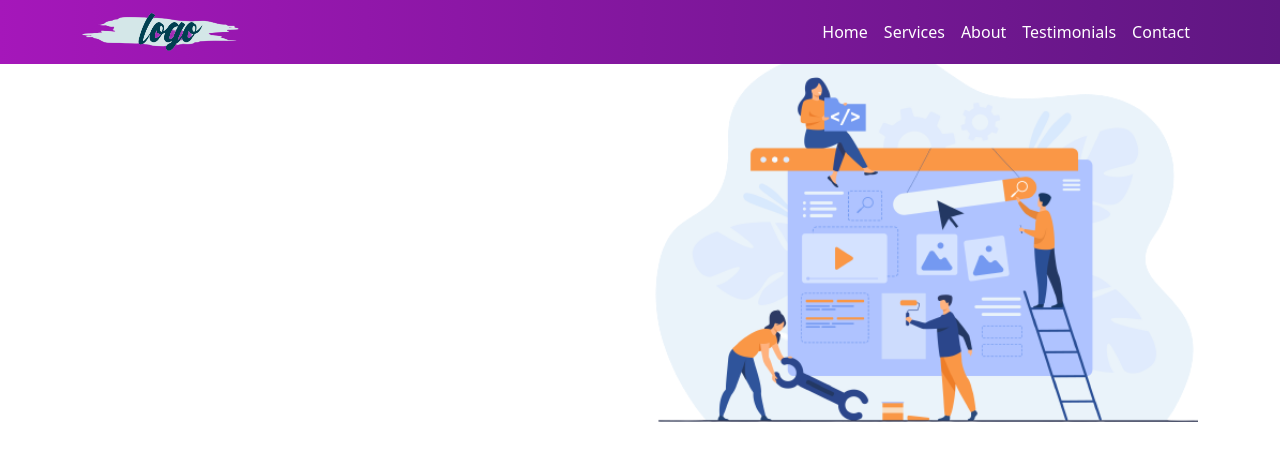
Repository: zjria/PSD-to-HTML-DIGITAL-AGENCY
Page: index.html
An editor plug-in stored every save of this project. The page is shown before and after the next save, followed by the edit.
The browser window is 1280 px wide. The pictures show the whole page.
Some web libraries are served in a nearby version.

Above is the page before, as saved 2022-05-09 09:26:33.

After the next save:
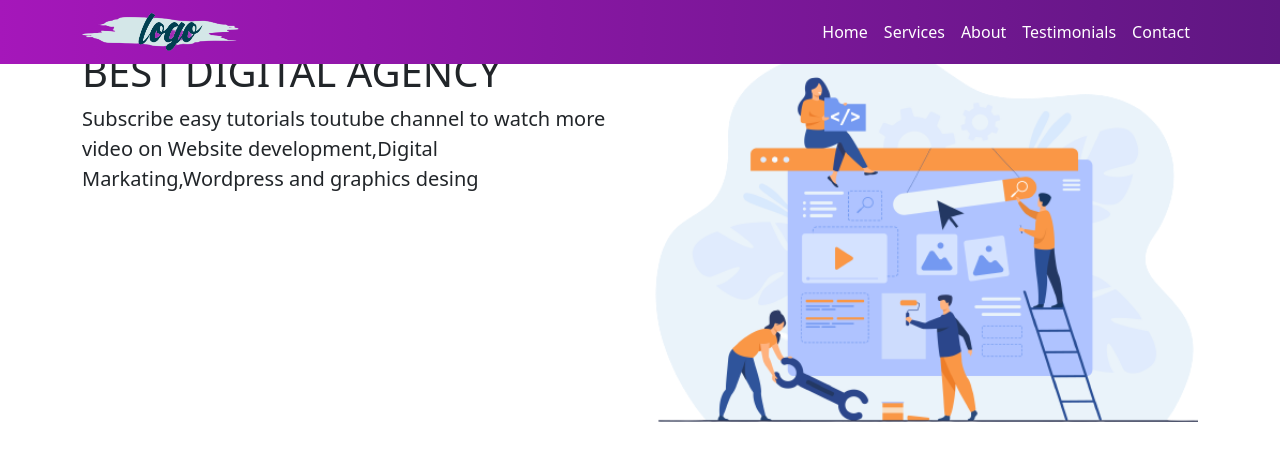
Saved 4 min 52 s later.
--- a/index.html
+++ b/index.html
@@ -51,8 +51,8 @@
       <div class="container">
         <div class="row">
           <div class="col-md-6">
-            <h1></h1>
-            <p></p>
+            <h1>BEST DIGITAL AGENCY</h1>
+            <p class="lead">Subscribe easy tutorials toutube channel to watch more video on Website development,Digital Markating,Wordpress and graphics desing</p>
           </div>
           <div class="col-md-6">
             <img src="img/heder_logo.png" class="img-fluid w-100" alt="">
